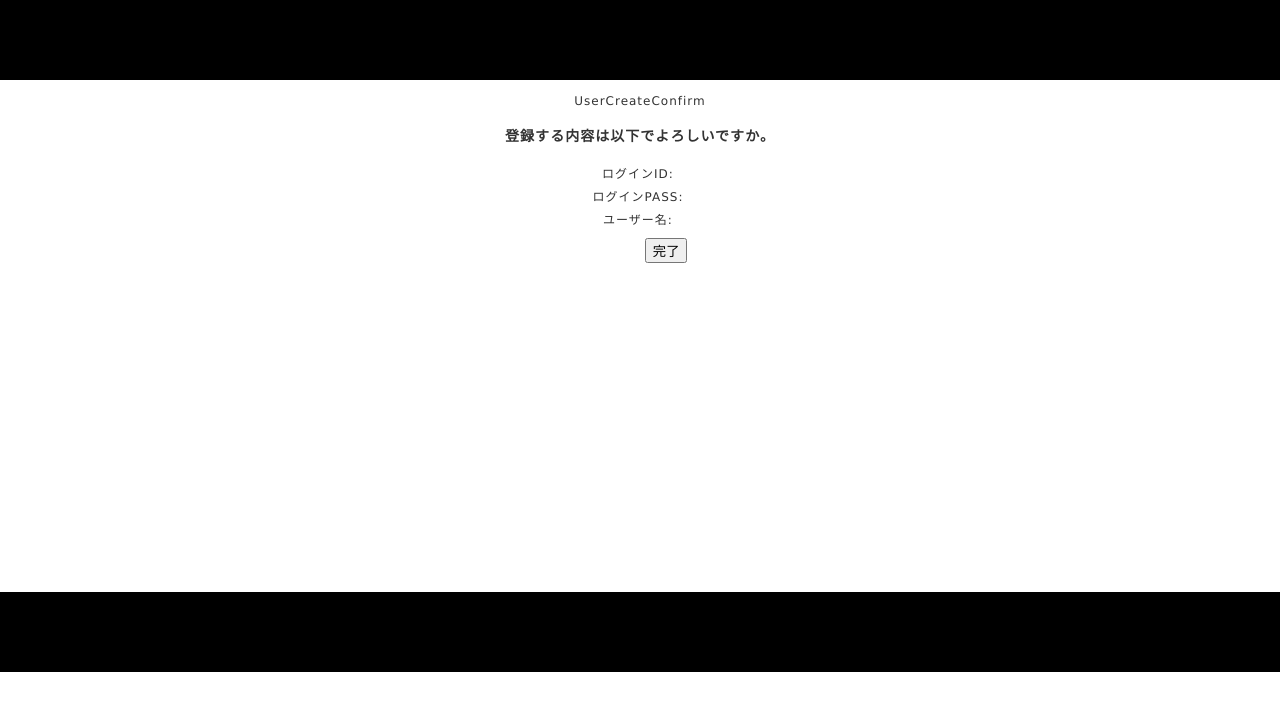
Repository: kazuki000/test
Page: http://localhost/templete2/userCreateConfirm.jsp
These files come from the project's save history. The page is drawn as it stood at one moment and after the next save; the edit follows.
The browser window is 1280 px wide. The pictures show the whole page.
The page is served by Tomcat 9.

Above is the page before, as saved 2019-04-25 12:04:06.

After the next save:
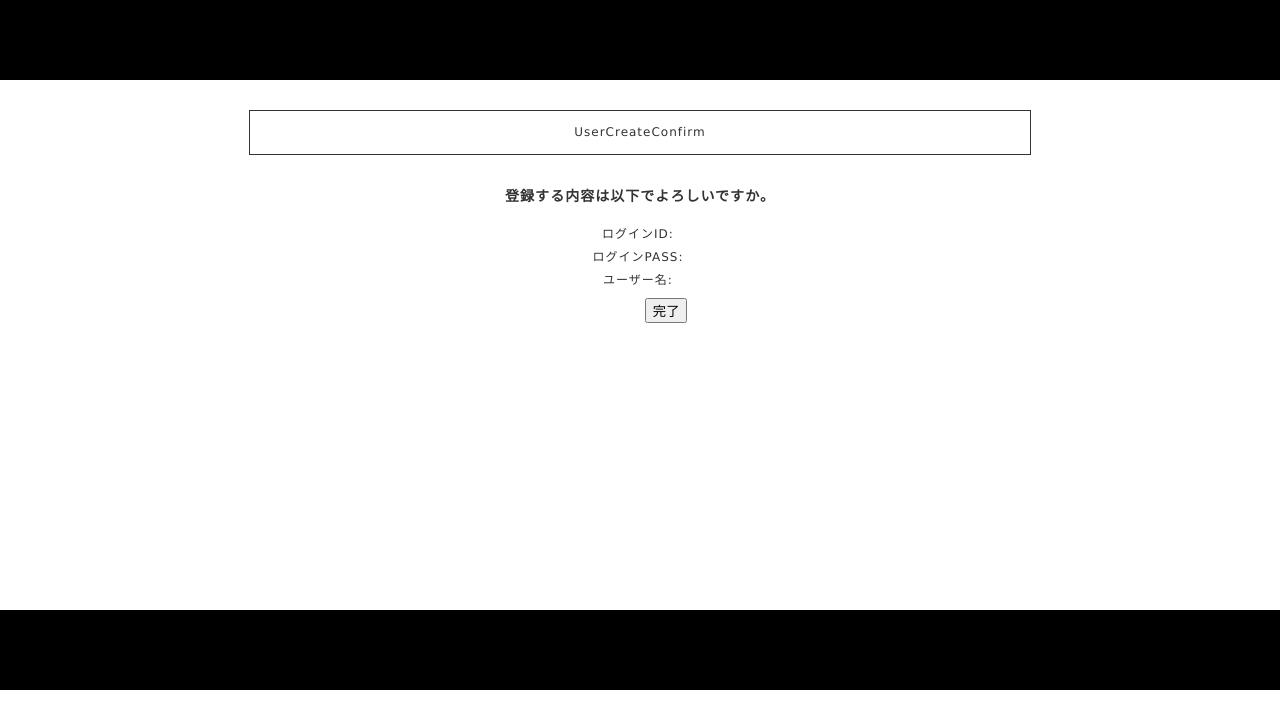
Saved 22 s later.
--- a/templete2/WebContent/userCreateConfirm.jsp
+++ b/templete2/WebContent/userCreateConfirm.jsp
@@ -9,7 +9,7 @@
 <meta http-equiv="imagetoolbar" content="no" />
 <meta name="description" content="" />
 <meta name="keywords" content="" />
-<title>UserCreateConfirm画⾯</title>
+<title>UserCreateConfirm画面</title>
 <style type="text/css">
 body {
 	margin: 0;
@@ -27,8 +27,7 @@ table {
 	margin: 0 auto;
 }
 
-/
-* ========ID LAYOUT ======== * /
+
 #top {
 	width: 780px;
 	margin: 30px auto;
